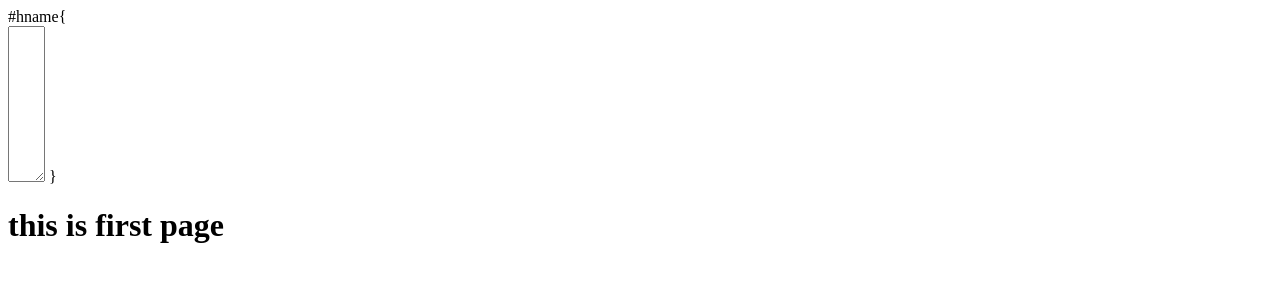
Repository: vkashsolanki/ORM-based-Java
Page: ECommerceProject/MyKart/src/main/webapp/index.html
These files come from the project's save history. The page is drawn as it stood at one moment and after the next save; the edit follows.
The browser window is 1280 px wide. The pictures show the whole page.

Above is the page before, as saved 2023-05-01 15:06:22.

After the next save:
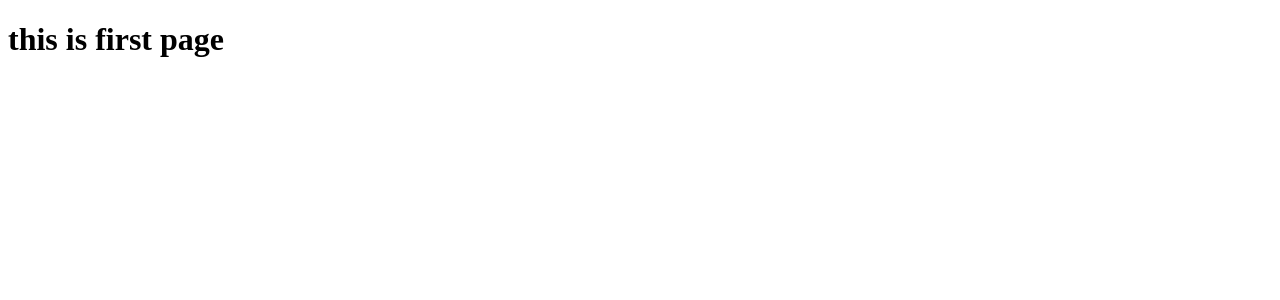
Saved 20 s later.
--- a/ECommerceProject/MyKart/src/main/webapp/index.html
+++ b/ECommerceProject/MyKart/src/main/webapp/index.html
@@ -5,10 +5,7 @@
 <title>Home:Page</title>
 
 </head>
-#hname{
-<br>
-<textarea rows="10" cols="2" enterkeyhint="Click here "></textarea>
-}
+
 <body>
 <h1 class="container" text-primary id="hname">this is first page</h1>
 </body>
